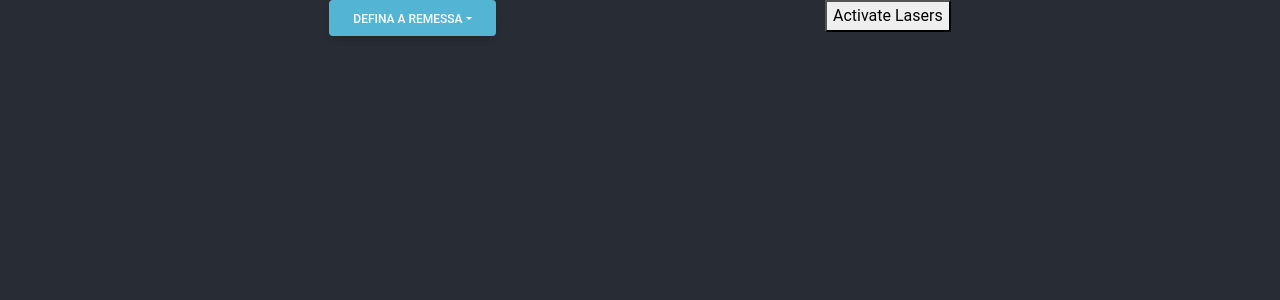
Repository: MarcusVTAlmeida/digital
Page: /
The author's editor kept a copy of each file at every save. The page is drawn from the files as they stood at one save, then again after the next save.
The browser window is 1280 px wide. The pictures show the whole page.
The project was rebuilt for these pictures with package versions that can differ from the ones it lists, and the page was loaded fresh each time. Also part of the build but not shown: src/App.css, src/notas/Retorno.js, src/notas/Locacao.js.

Above is the page before, as saved 2024-04-18 22:13:49.

### src/App.js
import React from 'react';
import './App.css';
import { MDBDropdown, MDBDropdownToggle, MDBDropdownMenu, MDBDropdownItem, MDBDropdownLink } from "mdb-react-ui-kit";
import 'mdb-react-ui-kit/dist/css/mdb.min.css'
import './index.css';

import Retorno from "./notas/Retorno"
import Locacao from "./notas/Locacao"

class App extends React.Component {
  constructor(props) {
    super(props);
    this.state = {
    };
  }

  render() {

    const { showingretorno } = this.state;
    // const { showingsimples } = this.state;
    const { showinglocacao } = this.state;

    return (
      <div style={{ minHeight: '100vh', backgroundColor: '#282c34' }}>
        <header>
          <div style={{ display: 'flex', flexDirection: 'row', alignItems: 'start', justifyContent: 'space-evenly' }}>

    <MDBDropdown group>
    <MDBDropdownToggle caret color="info">Defina a remessa</MDBDropdownToggle>
        <MDBDropdownMenu>
        <MDBDropdownItem link onClick={() => this.setState({ showingretorno: !showingretorno })}>retorno</MDBDropdownItem>
        <MDBDropdownItem link onClick={() => this.setState({ showinglocacao: !showinglocacao })}>locaçao</MDBDropdownItem>
        </MDBDropdownMenu>
      </MDBDropdown>
      <button onClick={() => this.setState({ showingretorno: !showingretorno })}>
  Activate Lasers
</button>
          </div>

          <div style={{ flexDirection: 'column', margin: '5px' }}>
          <div>
              {showingretorno
                ? <div>
                  <div style={{ color: "white", border: "5px solid", borderColor: "#a36a00" }}>
                    <div style={{ textAlign: 'center' }}>
                      <button onClick={() => this.setState({ showingretorno: !showingretorno })}>X</button>
                    </div>
                    <Retorno />
                  </div>
                </div>
                : null
              }
            </div>

            <div>
              {showinglocacao
                ? <div>
                  <div style={{ color: "white", border: "5px solid", borderColor: "#a36a00" }}>
                    <div style={{ textAlign: 'center' }}>
                      <button onClick={() => this.setState({ showinglocacao: !showinglocacao })}>X</button>
                    </div>
                    <Locacao/>
                  </div>
                </div>
                : null
              }
            </div>
          </div>
        </header>
      </div>
    );
  }
}


export default App;

Loaded but not shown: public/index.html (common file); src/index.js (common file); src/index.css (common file); src/reportWebVitals.js (common file)

After the next save:
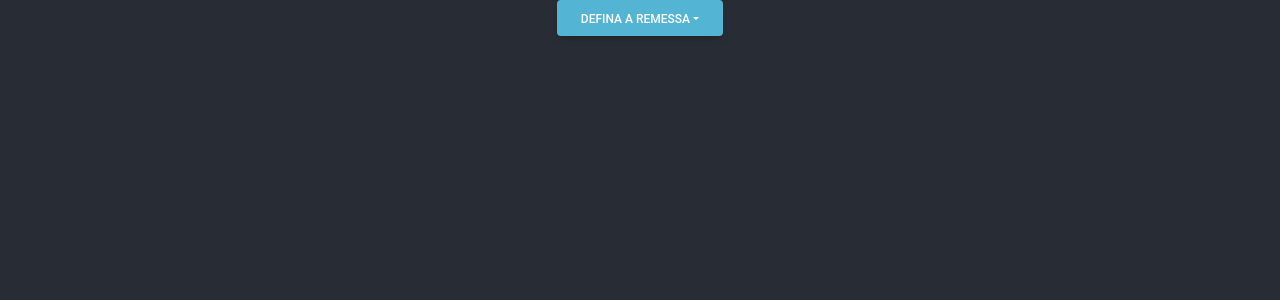
Saved 20 s later.
--- a/src/App.js
+++ b/src/App.js
@@ -32,9 +32,7 @@ class App extends React.Component {
         <MDBDropdownItem link onClick={() => this.setState({ showinglocacao: !showinglocacao })}>locaçao</MDBDropdownItem>
         </MDBDropdownMenu>
       </MDBDropdown>
-      <button onClick={() => this.setState({ showingretorno: !showingretorno })}>
-  Activate Lasers
-</button>
+
           </div>
 
           <div style={{ flexDirection: 'column', margin: '5px' }}>
